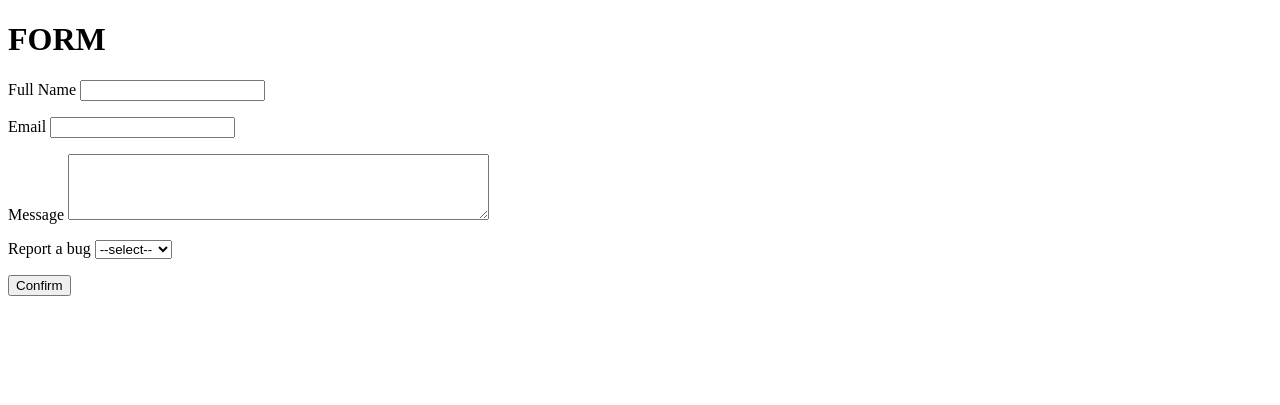
Repository: MicTomm/corso-frontend
Page: HTML/prova2/index.html
The author's editor kept a copy of each file at every save. The page is drawn from the files as they stood at one save, then again after the next save.
The browser window is 1280 px wide. The pictures show the whole page.

Above is the page before, as saved 2023-11-08 11:12:22.

### HTML/prova2/index.html
<!DOCTYPE html>
<html lang="en">

<head>
  <meta charset="UTF-8">
  <meta name="viewport" content="width=device-width, initial-scale=1.0">
  <title>Form</title>
</head>

<body>
  <h1>FORM</h1>
  <main>
    <form action="#" method="POST">
      <section id="sezione-1">
        <p>
          <label for="full-name">Full Name</label>
          <input type="text" id="full-name" name="full-name" required>
        </p>
        <p>
          <label for="email">Email</label>
          <input type="email" id="email" name="email" required>
        </p>
        <p>
          <label for="message">Message</label>
          <textarea id="message" name="message" rows="4" cols="50"></textarea>
        </p>
        <p>
          <label for="bug">Report a bug</label>
          <select name="bug" id="bug">
            <option value="select" selected disabled hidden>--select--</option>
            <option value="question">question</option>
            <option value="feedback">feedback</option>
            <option value="report">report</option>
          </select>
        </p>
        <!--
          <p>
            <label for="password">Password</label>
            <input type="password" id="password" name="password" minlength="6" required>
          </p> -->
      </section>
      <button>Confirm</button>
    </form>
  </main>
</body>

</html>

After the next save:
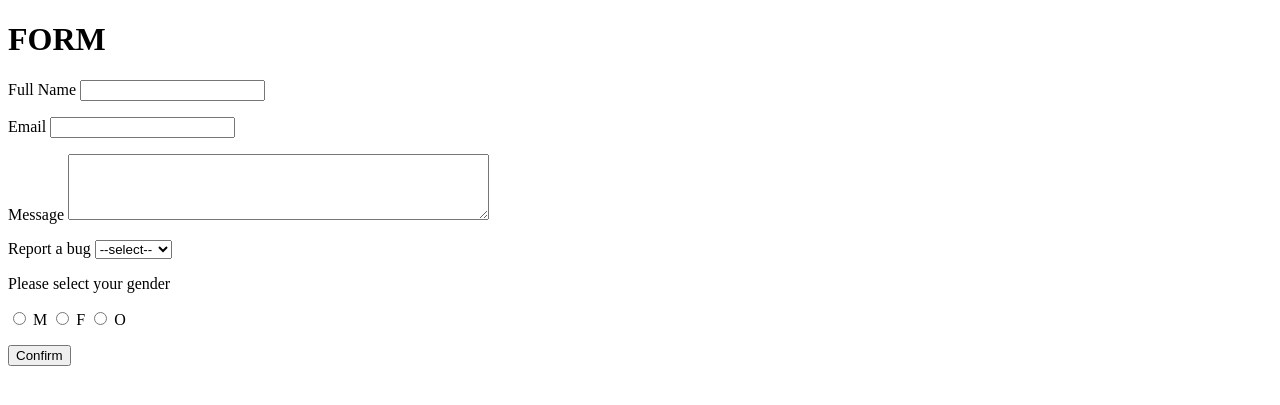
Saved 2 min 25 s later.
--- a/HTML/prova2/index.html
+++ b/HTML/prova2/index.html
@@ -33,6 +33,16 @@
             <option value="report">report</option>
           </select>
         </p>
+        <p>
+        <p>Please select your gender</p>
+        <input type="radio" id="M" name="gender" value="M">
+        <label for="M">M</label>
+        <input type="radio" id="F" name="gender" value="F">
+        <label for="F">F</label>
+        <input type="radio" id="O" name="gender" value="O">
+        <label for="O">O</label>
+        <p>
+        </p>
         <!--
           <p>
             <label for="password">Password</label>
